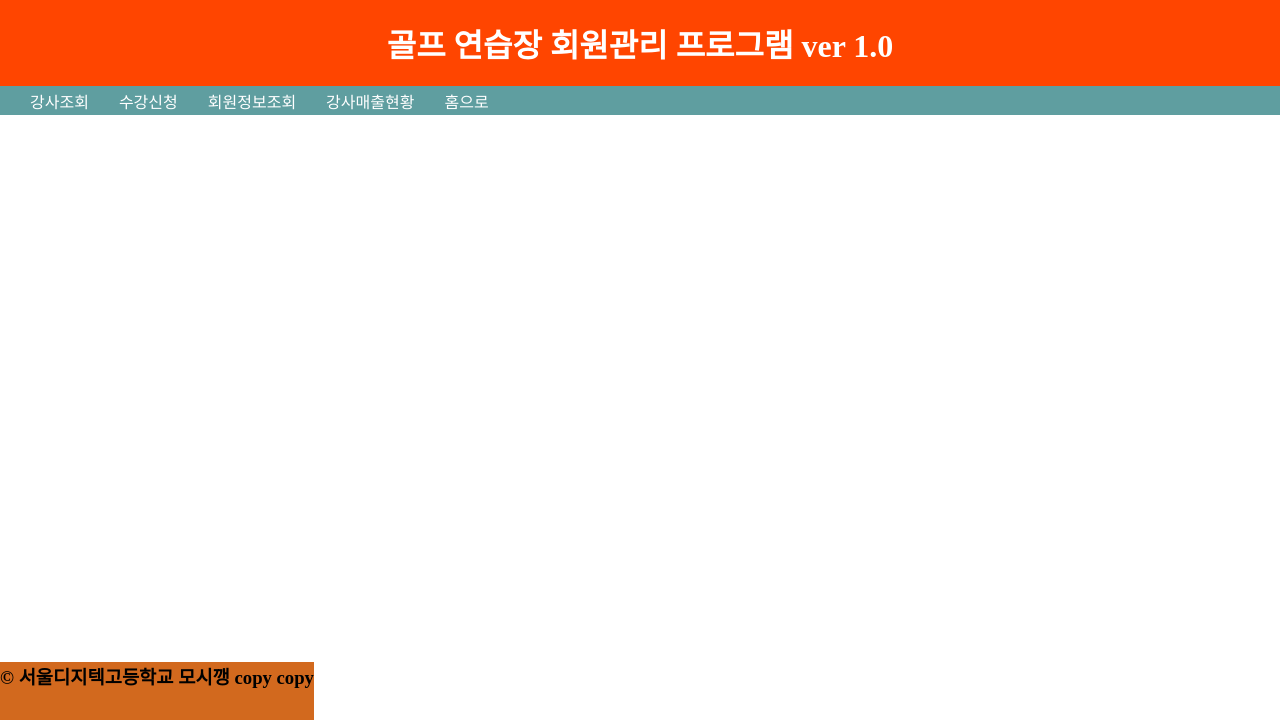
Repository: balhyo-younjisang/DigitechJSP
Page: http://localhost/golf/
These files come from the project's save history. The page is drawn as it stood at one moment and after the next save; the edit follows.
The browser window is 1280 px wide. The pictures show the whole page.
The page is served by Tomcat 9.

Above is the page before, as saved 2025-04-11 03:53:20.

After the next save:
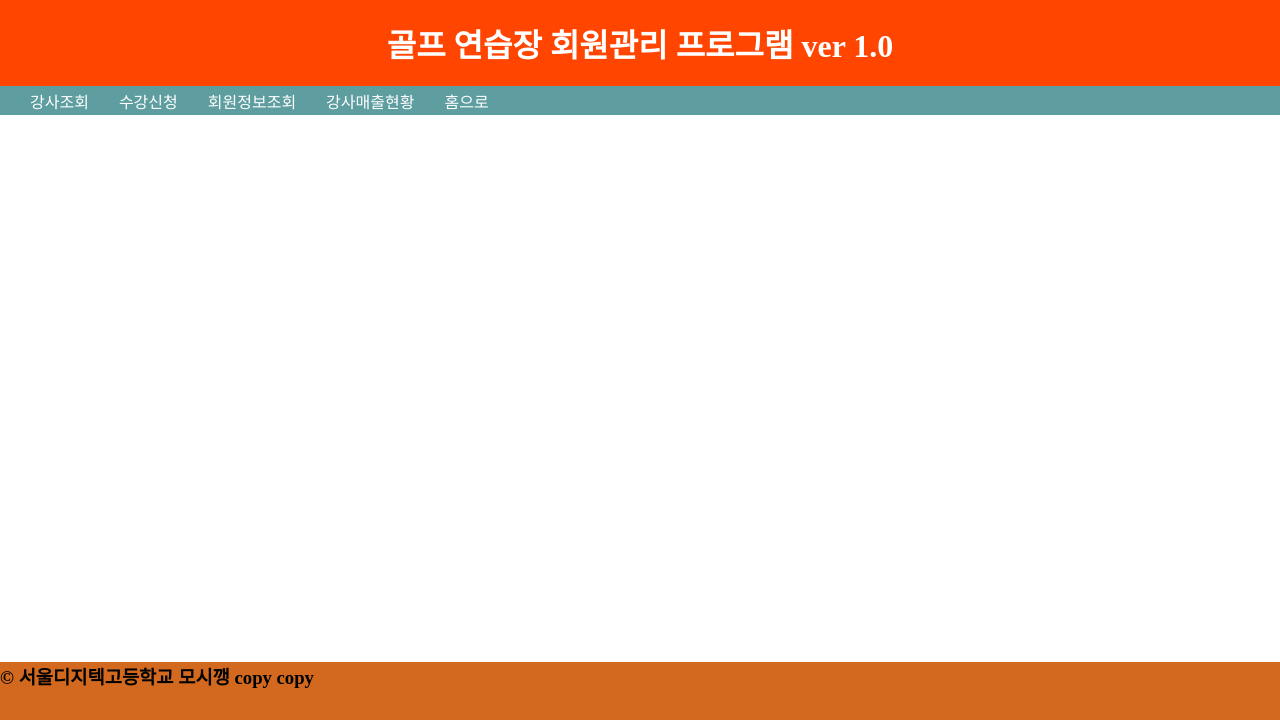
Saved 4 s later.
--- a/pizza0403/golf/src/main/webapp/css/style.css
+++ b/pizza0403/golf/src/main/webapp/css/style.css
@@ -45,6 +45,7 @@ main {
 }
 
 footer {
+	width: 100vw;
 	position: fixed;
 	height: 8vh;
 	bottom: 0;
